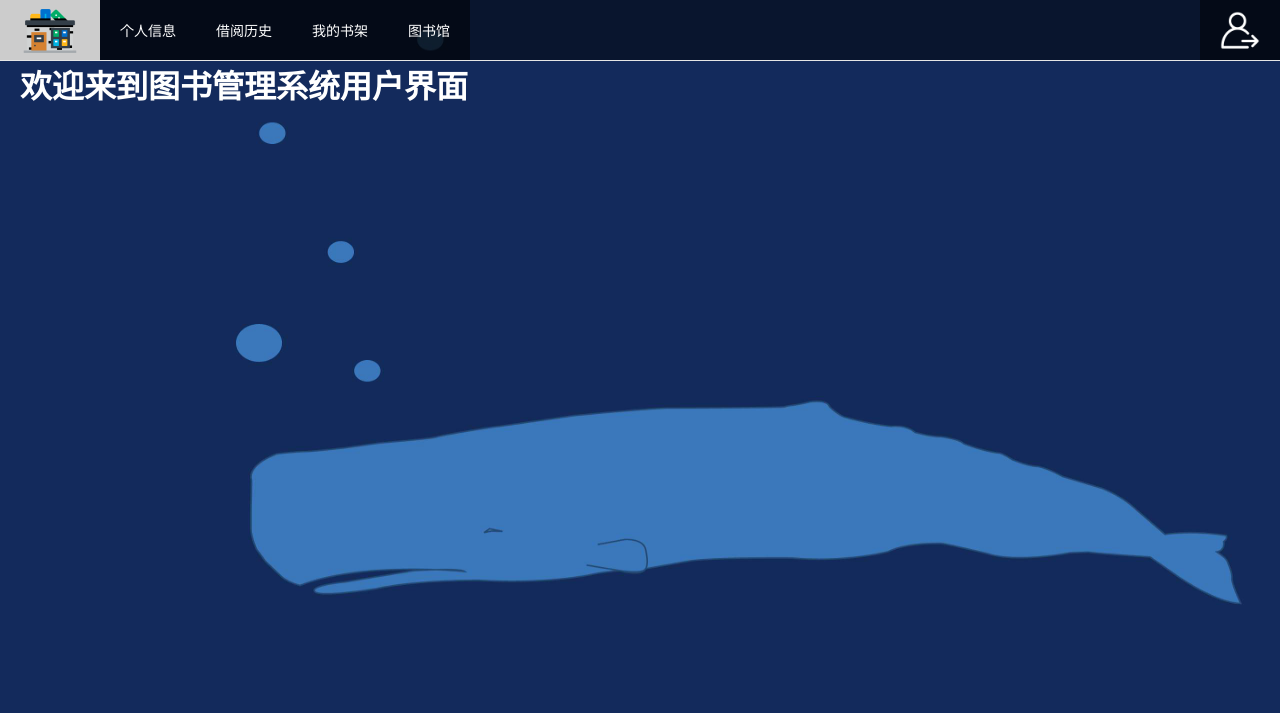
Repository: Akron-xz/helloVue
Page: /#/user (app in vue-library/)
The author's editor kept a copy of each file at every save. The page is drawn from the files as they stood at one save, then again after the next save.
The browser window is 1280 px wide. The pictures show the whole page.
The project was rebuilt for these pictures with package versions that can differ from the ones it lists, and the page was loaded fresh each time. Also part of the build but not shown: vue-library/src/components/homeNav.vue, vue-library/src/views/Home.vue.

Above is the page before, as saved 2020-11-25 15:12:12.

After the next save:
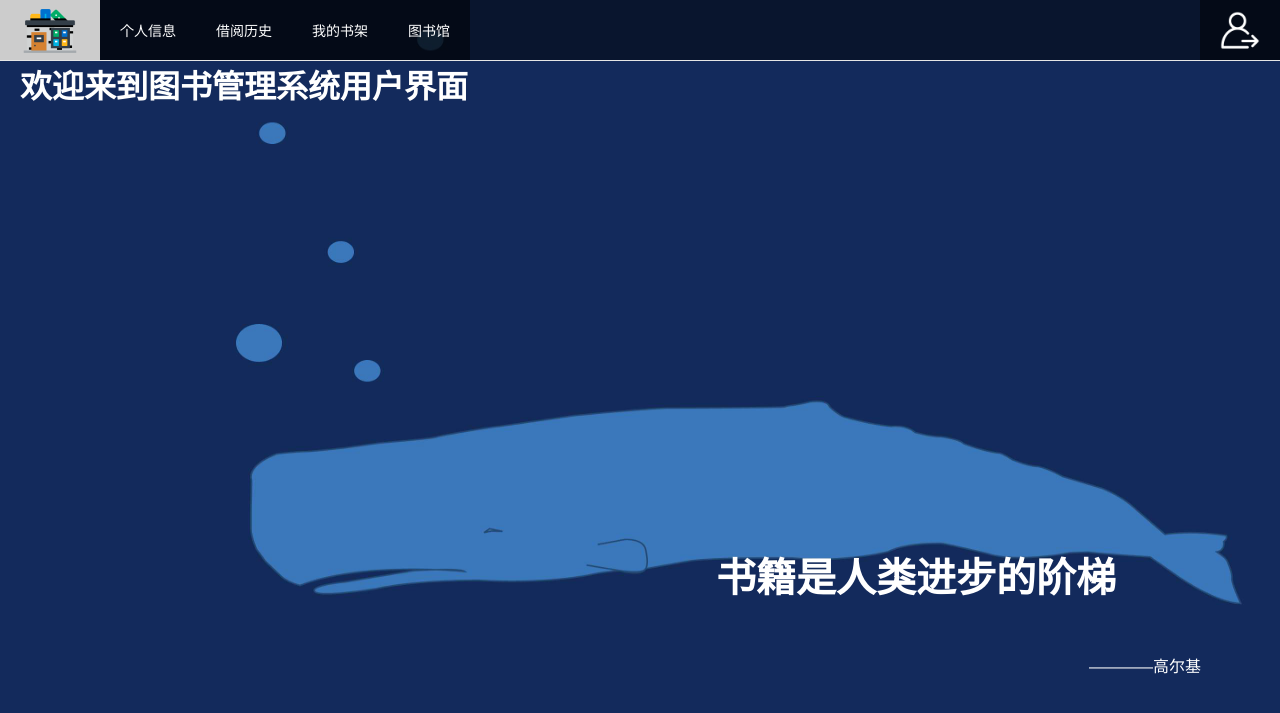
Saved 8 s later.
--- a/vue-library/src/views/User.vue
+++ b/vue-library/src/views/User.vue
@@ -60,7 +60,7 @@ export default {
 
 .box{
     position: fixed;
-    height: 1px;
+    height: 200px;
     width: 600px;
     bottom: 1%;
     right: 5%;
